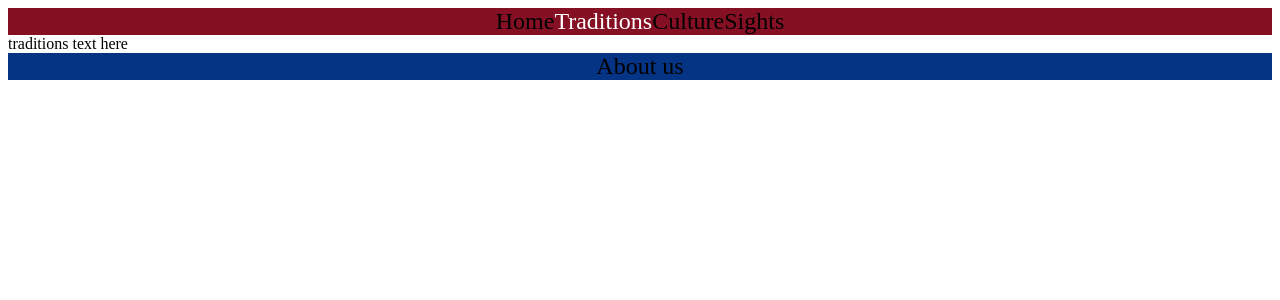
Repository: Cornman63/The-netherlands
Page: html/traditions.html
An editor plug-in stored every save of this project. The page is shown before and after the next save, followed by the edit.
The browser window is 1280 px wide. The pictures show the whole page.

Above is the page before, as saved 2023-05-26 12:53:56.

After the next save:
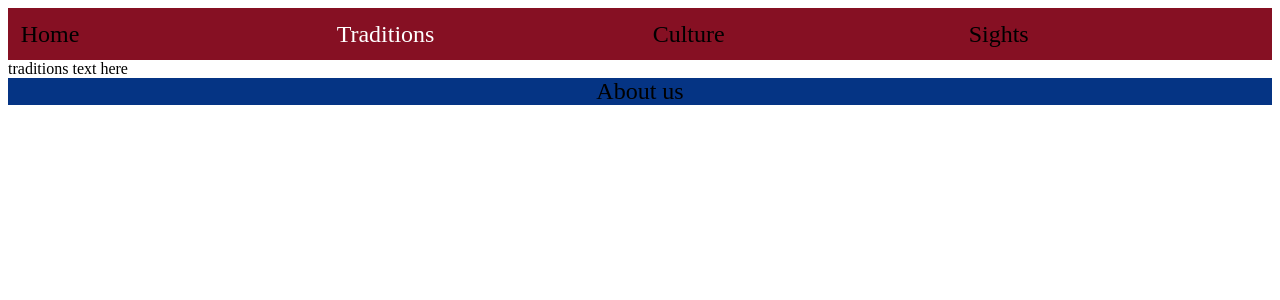
Saved 4 s later.
--- a/html/traditions.html
+++ b/html/traditions.html
@@ -10,10 +10,10 @@
 </head>
 <body>
     <div class="top">
-        <div class="site"><a href="index.html" class="link">Home</a></div>
-        <div class="site"><a href="traditions.html" style="color: white" class="link">Traditions</a></div>
-        <div class="site"><a href="culture.html" class="link">Culture</a></div>
-        <div class="site"><a href="sights.html" class="link">Sights</a></div>
+        <div class="topbar"><a href="index.html" class="link">Home</a></div>
+        <div class="topbar"><a href="traditions.html" style="color: white" class="link">Traditions</a></div>
+        <div class="topbar"><a href="culture.html" class="link">Culture</a></div>
+        <div class="topbar"><a href="sights.html" class="link">Sights</a></div>
     </div>
     <div class="text">
         traditions text here
